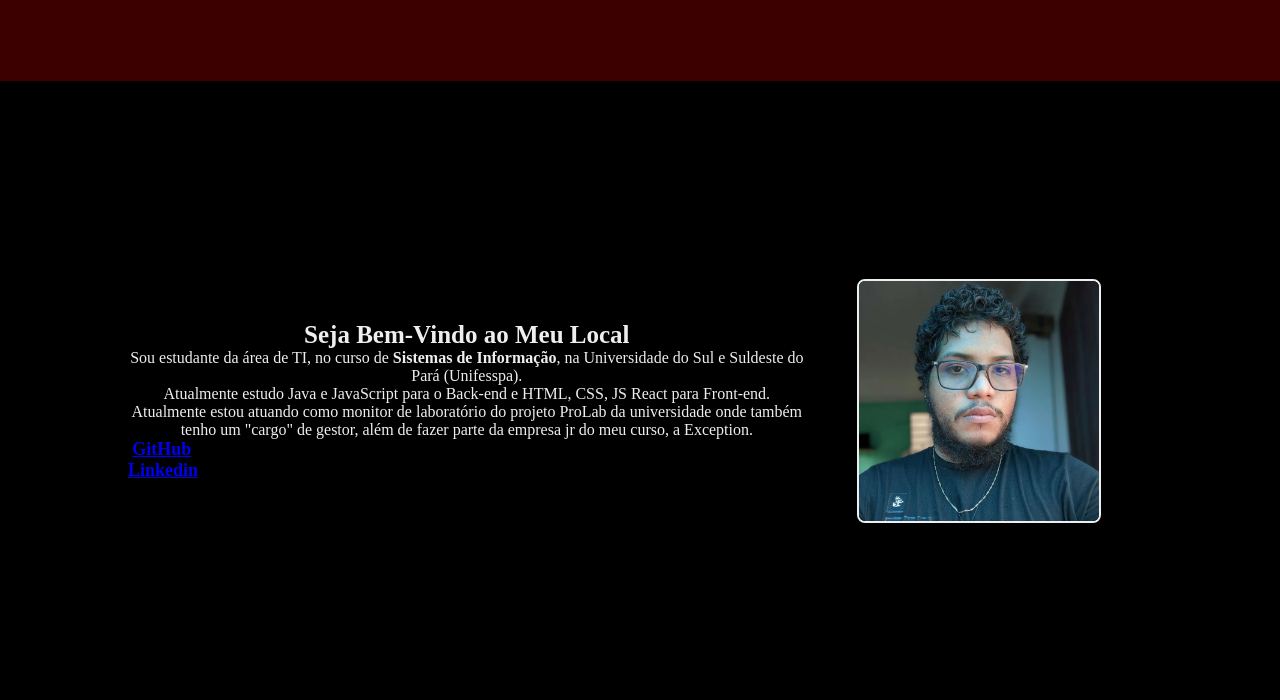
Repository: ramoncbarbosa/Web1_Atividade2
Page: index.html
An editor plug-in stored every save of this project. The page is shown before and after the next save, followed by the edit.
The browser window is 1280 px wide. The pictures show the whole page.

Above is the page before, as saved 2023-06-09 14:20:59.

### index.html
<!DOCTYPE html>
<html lang="pt-br">
<head>
    <meta charset="UTF-8">
    <meta http-equiv="X-UA-Compatible" content="IE=edge">
    <meta name="viewport" content="width=device-width, initial-scale=1.0">
    <link rel="stylesheet" href="./styles/styles.css">
    <title>Meu Portfolio</title>
</head>
<body>
    <header class="cabecalho">

    </header>
    <main class="conteudo_main">
        <section class="conteudo">
            <h1 class="conteudo_h1">Seja Bem-Vindo ao Meu Local</h1>
            <p class="conteudo_p"> Sou estudante da área de TI, no curso de <strong>Sistemas de Informação</strong>, na Universidade do Sul e Suldeste do Pará (Unifesspa).<br>Atualmente estudo Java e JavaScript para o Back-end e HTML, CSS, JS React para Front-end.
                Atualmente estou atuando como monitor de laboratório do projeto ProLab da universidade onde também tenho um "cargo" de gestor, além de fazer parte da empresa jr do meu curso, a Exception.</p>
                <div class="redes">
                    <a id="redes_github" href="https://github.com/    ramoncbarbosa" target="_blank">GitHub</a>
                    <a id="redes_linkedin" href="https://www.linkedin.com/in/ramon-barbosa-712273237/" target="bl
                        ">Linkedin</a>
                </div>
        </section>
        <img class="perfil" src="./img/perfil.jpg">
    </main>
    <footer class="rodape">

    </footer>
</body>
</html>

### styles/styles.css
*{
    padding: 0;
    margin: 0;
}

:root{
    --cor-um: #3d0000;
    --cor-dois: #EEEEEE;
    --cor-tres: #000000;
}

body {
    width: 100%;
    height: 100vh;
    box-sizing: border-box;
    margin: 0;
    padding: 0;
    display: flex;
    flex-direction: column;
    background-color: var(--cor-tres);
}

.cabecalho{
    width: 100%;
    height: 17%;
    background-color: var(--cor-um);
    text-align: center;
    display: flex;
    align-items: center;
}

.conteudo_main{
    margin: 10%;
    height: 80%;
    display: flex;
    align-items: center;
    justify-content: flex-start;

    /*
    justify-content: space-between;
    background-color: var(--cor-tres);
    border-radius: 15px;
    */
}


.conteudo{
    width: 100%;
    justify-content: flex-start;
    align-items: center;
    text-align: center;
    color: var(--cor-dois);

}

.conteudo_h1{
    font-size: 25px;
    color: var(--cor-dois);

}

.conteudo_p{
    font-size: 16px;
    align-items: center;

}

.redes{
    width: 10%;

    font-size: 18px;
    font-weight: 600;

    text-align: center;
    text-decoration: none;
    flex-direction: row;
    flex-shrink: 1;
}


.redes_github{
    border: 2px solid var(--cor-um);
    border-radius: 8px;
    padding: 12px;
    display: inline;
    margin-bottom: 30px;
    padding: 15px;
}

.redes_linkedin {
    border: 2px solid var(--cor-tres);
    border-radius: 8px;
    padding: 12px;
    display: inline;
    margin-bottom: 30px;
    margin: 30px;
}


.perfil{
    width: 15rem;
    height: 15rem;
    border: 2px solid var(--cor-dois);
    border-radius: 8px;
    margin: 5%;
}

.rodape{
    width: 100%;
    background-color: var(--cor-um);
}

After the next save:
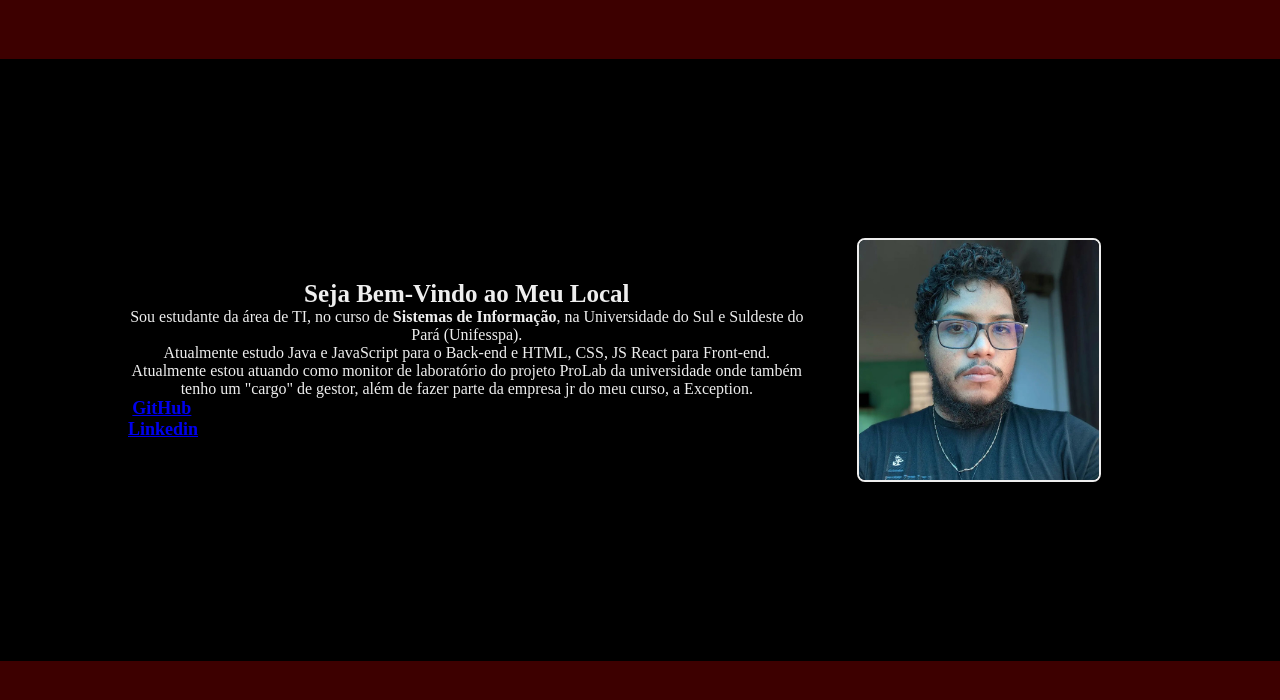
Saved 19 s later.
--- a/styles/styles.css
+++ b/styles/styles.css
@@ -107,5 +107,6 @@ body {
 
 .rodape{
     width: 100%;
+    height: 17%;
     background-color: var(--cor-um);
 }
